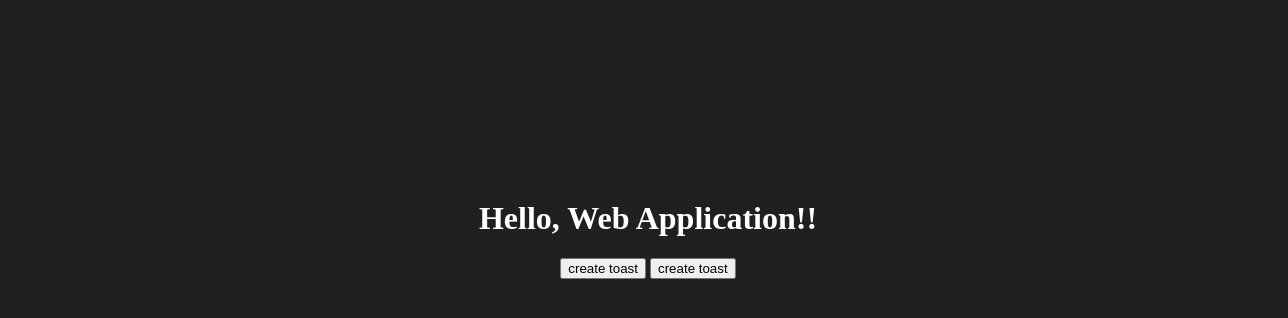
Repository: meanz1/SE_SleepWithMe
Page: SmartTVWorkspace_gram/myapp/index.html
An editor plug-in stored every save of this project. The page is shown before and after the next save, followed by the edit.
The browser window is 1280 px wide. The page is 1288 px wide, so the pictures cover 1288 px, including what lies to the right of the window. The pictures show the whole page.

Above is the page before, as saved 2021-11-17 16:17:37.
Console error: ReferenceError: WebOSServiceBridge is not defined

### SmartTVWorkspace_gram/myapp/index.html
<!--
Copyright (c) 2020 LG Electronics Inc.
SPDX-License-Identifier: Apache-2.0
-->

<!DOCTYPE html>
<html>
<head>
<title>Example Web App</title>
<style type="text/css">
    body {
        background-color:#202020;
        vertical-align: middle;
        height: 100%;
        width: 100%;
    }
    .top {
        margin-top: 200px;
    }
    .mid {
        text-align: center;
    }
    h1 {
        vertical-align: middle;
        text-align:center;
        color:#FFFFFF;
    }
</style>
<script type="text/javascript">
    var bridge = new WebOSServiceBridge();
    var cnt = 0;
    var url = 'luna://com.webos.notification/createToast';
    var params = {
            "message":"hello world"
        };
    function toastCallback(msg) {
        console.log("before-parse-response");
        var response = JSON.parse(msg);
        console.log(response);
    }
    function createToast() {
        bridge.onservicecallback = toastCallback;
        console.log("before-bridge.call");
        bridge.call(url, JSON.stringify(params));
        console.log("after-bridge.call");
    }

</script>
</head>
<body>
    <div class="top">
        <h1 id="txt_msg">Hello, Web Application!!</h1>
    </div>
    <div class="mid">
        <button onclick="createToast()">create toast</button>
        <button onclick="createAlert()">create toast</button>
    </div>
</body>
</html>

After the next save:
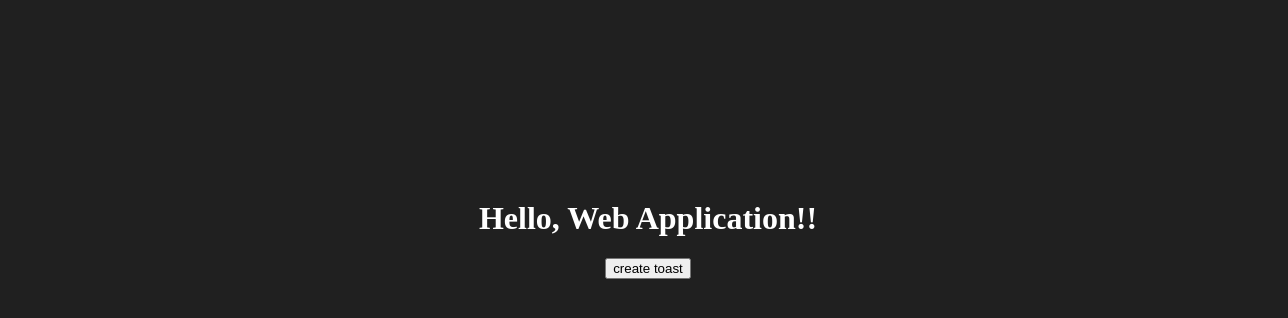
Saved 3 min 57 s later.
--- a/SmartTVWorkspace_gram/myapp/index.html
+++ b/SmartTVWorkspace_gram/myapp/index.html
@@ -28,21 +28,28 @@ SPDX-License-Identifier: Apache-2.0
 </style>
 <script type="text/javascript">
     var bridge = new WebOSServiceBridge();
-    var cnt = 0;
+    var cnt = 1;
+    var count = 0
     var url = 'luna://com.webos.notification/createToast';
     var params = {
-            "message":"hello world"
+            "message":"hello world"+cnt
         };
     function toastCallback(msg) {
         console.log("before-parse-response");
         var response = JSON.parse(msg);
         console.log(response);
+
     }
     function createToast() {
-        bridge.onservicecallback = toastCallback;
-        console.log("before-bridge.call");
-        bridge.call(url, JSON.stringify(params));
-        console.log("after-bridge.call");
+    	if (cnt==1){
+    		bridge.onservicecallback = toastCallback;
+            console.log("before-bridge.call");
+            bridge.call(url, JSON.stringify(params));
+            console.log("after-bridge.call");
+    	}
+
+
+
     }
 
 </script>
@@ -53,7 +60,7 @@ SPDX-License-Identifier: Apache-2.0
     </div>
     <div class="mid">
         <button onclick="createToast()">create toast</button>
-        <button onclick="createAlert()">create toast</button>
+
     </div>
 </body>
 </html>
